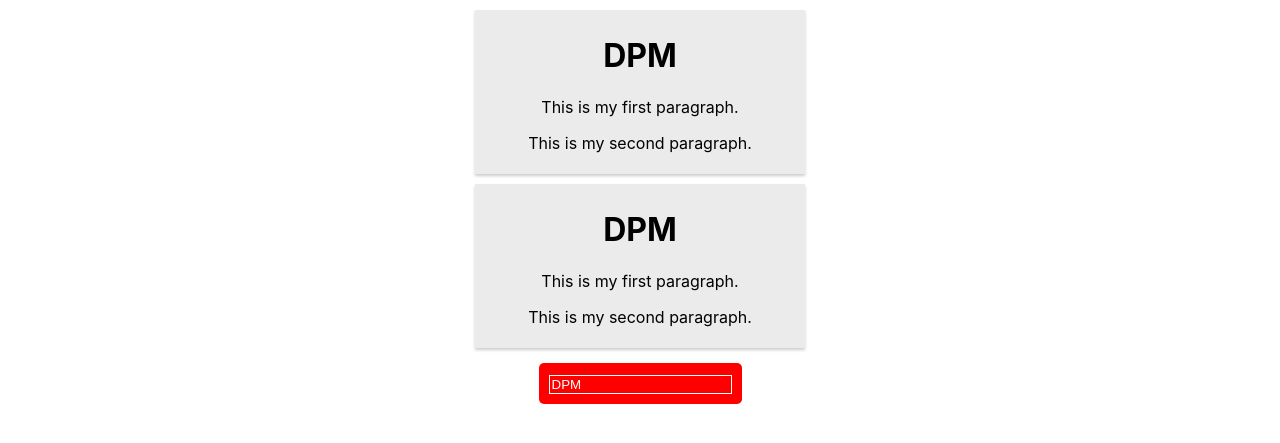
Repository: AidanHak/udemy-react-guide
Page: / (app in base-syntax--assignment-problem/)
The author's editor kept a copy of each file at every save. The page is drawn from the files as they stood at one save, then again after the next save.
The browser window is 1280 px wide. The pictures show the whole page.
The project was rebuilt for these pictures with package versions that can differ from the ones it lists, and the page was loaded fresh each time.

Above is the page before, as saved 2020-12-17 19:39:00.

### base-syntax--assignment-problem/src/App.js
import React, { Component } from 'react';
import './App.css';
import UserInput from './UserInput/UserInput';
import UserOutput from './UserOutput/UserOutput';

class App extends Component {
	state = {
		username: 'DPM'
	}

	changeUsernameHandler = (event) => {
		this.setState({
			username: event.target.value
		})
	}

	render() {
		return (
		  <div className="App">
				<UserOutput
					username={this.state.username}></UserOutput>
				<UserOutput
					username={this.state.username}></UserOutput>
				<UserInput
					username={this.state.username}
					usernameChange={this.changeUsernameHandler}></UserInput>
		  </div>
		);
	}
}

export default App;

### base-syntax--assignment-problem/src/UserInput/UserInput.js
import React from 'react';
import './UserInput.css';

const UserInput = (props) => {
	const style = {
		borderRadius:'5px',
		margin:'5px auto',
		padding:'10px'
	}

	return (
		<div className="UserInput" style={style}>
			<input type="text" value={props.username} onChange={props.usernameChange} />
		</div>
	)
}

export default UserInput;

### base-syntax--assignment-problem/src/UserOutput/UserOutput.js
import React from 'react';
import './UserOutput.css';

const UserOutput = (props) => {
	const style = {
		width: '25%',
		padding:'5px',
		margin: '10px auto',
		boxShadow: '0 2px 3px #ccc'
	}

	return (
		<div className="UserOutput" style={style}>
			<h1>{props.username}</h1>
			<p>This is my first paragraph.</p>
			<p>This is my second paragraph.</p>
		</div>
	)
}

export default UserOutput;

### base-syntax--assignment-problem/src/UserInput/UserInput.css
.UserInput {
	background-color:red;
	width:auto;
	display:inline-block;
}

.UserInput input {
	background-color:red;
	color:white;
	border:1px solid white;
}

### base-syntax--assignment-problem/src/UserOutput/UserOutput.css
.UserOutput {
	background-color:rgb(235, 235, 235);
}

Loaded but not shown: base-syntax--assignment-problem/public/index.html (common file); base-syntax--assignment-problem/src/index.js (common file); base-syntax--assignment-problem/src/index.css (common file); base-syntax--assignment-problem/src/reportWebVitals.js (common file); base-syntax--assignment-problem/src/App.css (common file)

After the next save:
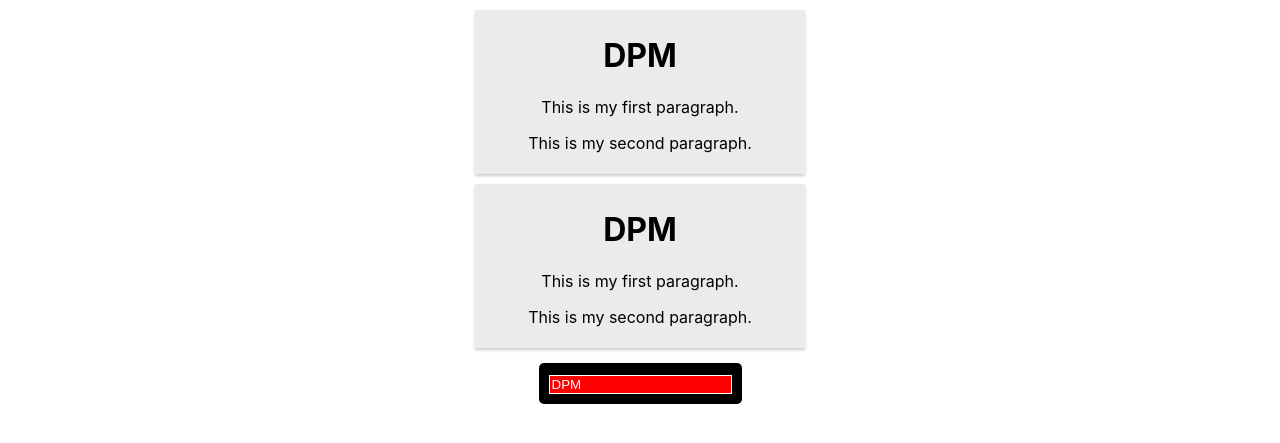
Saved 8 s later.
--- a/base-syntax--assignment-problem/src/UserInput/UserInput.css
+++ b/base-syntax--assignment-problem/src/UserInput/UserInput.css
@@ -1,5 +1,5 @@
 .UserInput {
-	background-color:red;
+	background-color:rgb(0, 0, 0);
 	width:auto;
 	display:inline-block;
 }
